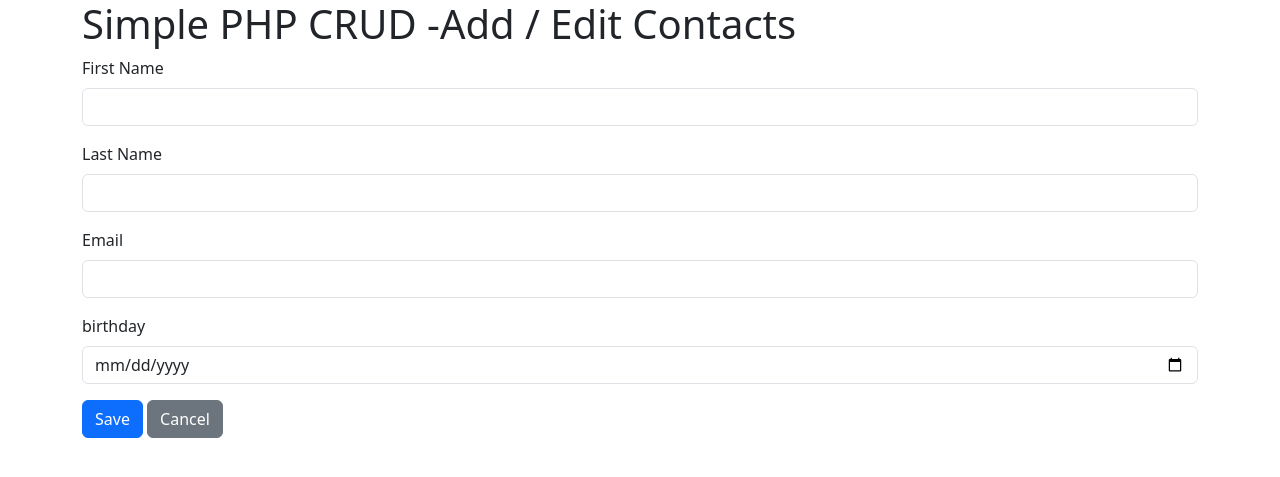
Repository: mennaabdelelhady/PHP-CRUD
Page: http://localhost/add_edit.php
An editor plug-in stored every save of this project. The page is shown before and after the next save, followed by the edit.
The browser window is 1280 px wide. The pictures show the whole page.
The page is run by PHP 8.4 with error messages shown; the project is at /var/www/html/.

Above is the page before, as saved 2024-12-30 03:57:52.

### public/add_edit.php
<?php

$title ="Simple PHP CRUD -Add / Edit Contacts";

?>

<!DOCTYPE html>
<html lang="en">
<head>
    <meta charset="UTF-8">
    <meta name="viewport" content="width=device-width, initial-scale=1.0">
    <link href="https://cdn.jsdelivr.net/npm/bootstrap@5.3.3/dist/css/bootstrap.min.css" rel="stylesheet" integrity="sha384-QWTKZyjpPEjISv5WaRU9OFeRpok6YctnYmDr5pNlyT2bRjXh0JMhjY6hW+ALEwIH" crossorigin="anonymous">
    <title><?php echo $title ?></title>
</head>
<body class="container">
    <h1><?php echo $title ?></h1>
    <form action="">
        <div class="mb-3">
            <label for="name_first" class="form-label">First Name</label>
            <input type="text" class="form-control" id="name_first" \
            name="first_name">
        </div>
        <div class="mb-3">
            <label for="name_last" class="form-label">Last Name</label>
            <input type="text" class="form-control" id="name_last"
            name="last_name">
        </div>
        <div class="mb-3">
            <label for="email" class="form-label">Email</label>
            <input type="text" class="form-control" id="email"
            name="email">
        </div>
        <div class="mb-3">
            <label for="birthday" class="form-label">birthday</label>
            <input type="date" class="form-control" id="birthday"
            name="birthday">
        </div>
        <div class="mb-3">
            <button type="submit" class="btn btn-primary">Save</button>
            <a href="index.php" class="btn btn-secondary">Cancel</a>
        </div>
    </form>
</body>

</html>

After the next save:
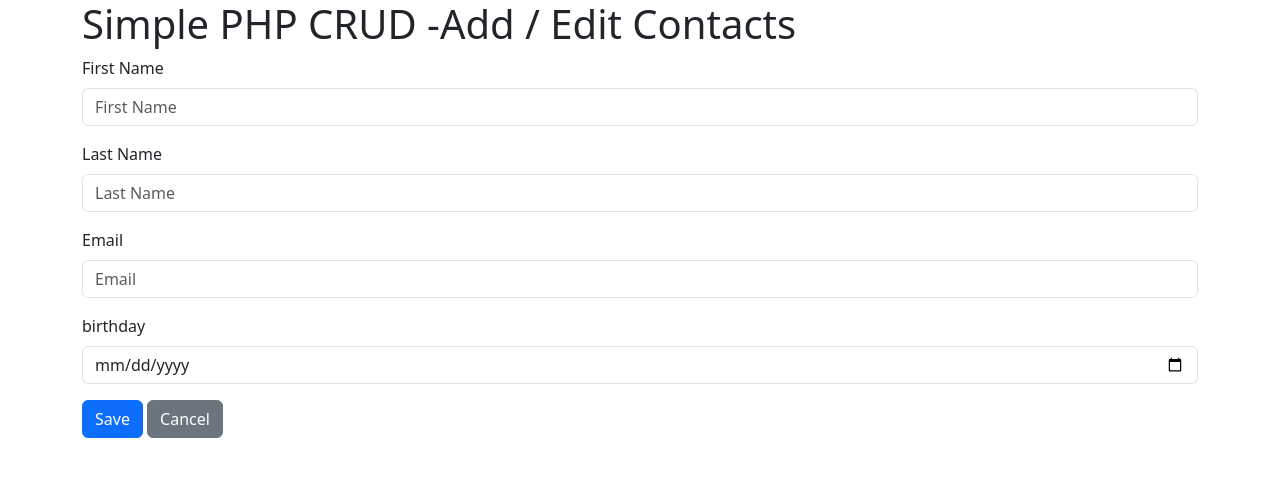
Saved 95 s later.
--- a/public/add_edit.php
+++ b/public/add_edit.php
@@ -18,22 +18,22 @@ $title ="Simple PHP CRUD -Add / Edit Contacts";
         <div class="mb-3">
             <label for="name_first" class="form-label">First Name</label>
             <input type="text" class="form-control" id="name_first" \
-            name="first_name">
+            name="first_name" placeholder="First Name">
         </div>
         <div class="mb-3">
             <label for="name_last" class="form-label">Last Name</label>
             <input type="text" class="form-control" id="name_last"
-            name="last_name">
+            name="last_name" placeholder="Last Name">
         </div>
         <div class="mb-3">
             <label for="email" class="form-label">Email</label>
             <input type="text" class="form-control" id="email"
-            name="email">
+            name="email" placeholder="Email">
         </div>
         <div class="mb-3">
             <label for="birthday" class="form-label">birthday</label>
             <input type="date" class="form-control" id="birthday"
-            name="birthday">
+            name="birthday" placeholder="Birthday">
         </div>
         <div class="mb-3">
             <button type="submit" class="btn btn-primary">Save</button>
